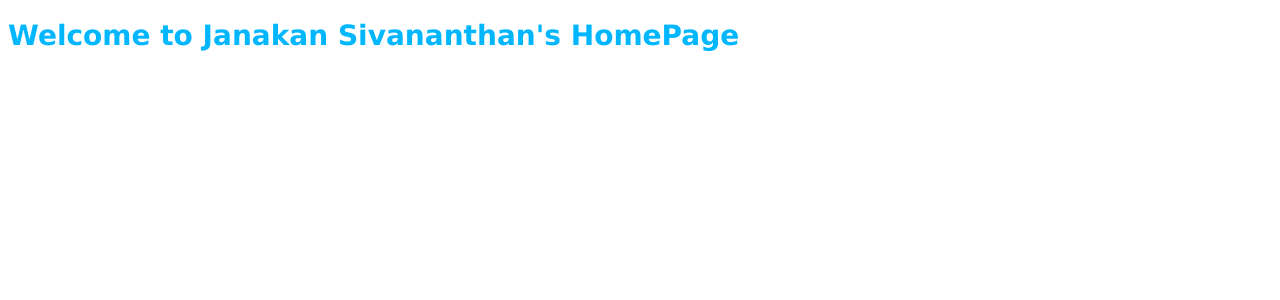
Repository: JanakanS95/COMP-229-Assignment-1
Page: http://localhost/
An editor plug-in stored every save of this project. The page is shown before and after the next save, followed by the edit.
The browser window is 1280 px wide. The pictures show the whole page.
The page is served by the project's Node server (app.js). Other server files are loaded and not shown.

Above is the page before, as saved 2021-06-03 16:40:11.

### views/index.ejs
<!DOCTYPE html>
<html>
  <head>
    <title><%= title %></title>
    <link rel='stylesheet' href='/Content/index.css' />
  </head>
  <body>
    <h1>Welcome to <%= title %>'s HomePage</h1>
  </body>
</html>

### app.js
let createError = require('http-errors');
let express = require('express');
let path = require('path');
let cookieParser = require('cookie-parser');
let logger = require('morgan');

let indexRouter = require('./routes/index');
let usersRouter = require('./routes/users');

let app = express();

// view engine setup
app.set('views', path.join(__dirname, 'views'));
app.set('view engine', 'ejs');

app.use(logger('dev'));
app.use(express.json());
app.use(express.urlencoded({ extended: false }));
app.use(cookieParser());
app.use(express.static(path.join(__dirname, 'public')));

app.use('/', indexRouter);
app.use('/users', usersRouter);

// catch 404 and forward to error handler
app.use(function(req, res, next) {
  next(createError(404));
});

// error handler
app.use(function(err, req, res, next) {
  // set locals, only providing error in development
  res.locals.message = err.message;
  res.locals.error = req.app.get('env') === 'development' ? err : {};

  // render the error page
  res.status(err.status || 500);
  res.render('error');
});

module.exports = app;

### routes/index.js
var express = require('express');
var router = express.Router();

/* GET home page. */
router.get('/', function(req, res, next) {
  res.render('index', { title: 'Janakan Sivananthan' });
});

/* GET home page. */
router.get('/home', function(req, res, next) {
  res.render('index', { title: 'Janakan Sivananthan' });
});

/* GET About me page. */
router.get('/about', function(req, res, next) {
  res.render('index', { title: 'About Me' });
});

/* GET Projects page. */
router.get('/projects', function(req, res, next) {
  res.render('index', { title: 'Projects' });
});

/* GET Service page. */
router.get('/services', function(req, res, next) {
  res.render('index', { title: 'Services' });
});

/* GET Contact Me page. */
router.get('/contact', function(req, res, next) {
  res.render('index', { title: 'Contact Me' });
});

module.exports = router;

### public/Content/index.css
body {
  font: 14px "Lucida Grande", Helvetica, Arial, sans-serif;
}

h1 {
  color: #00B7FF;
}

After the next save:
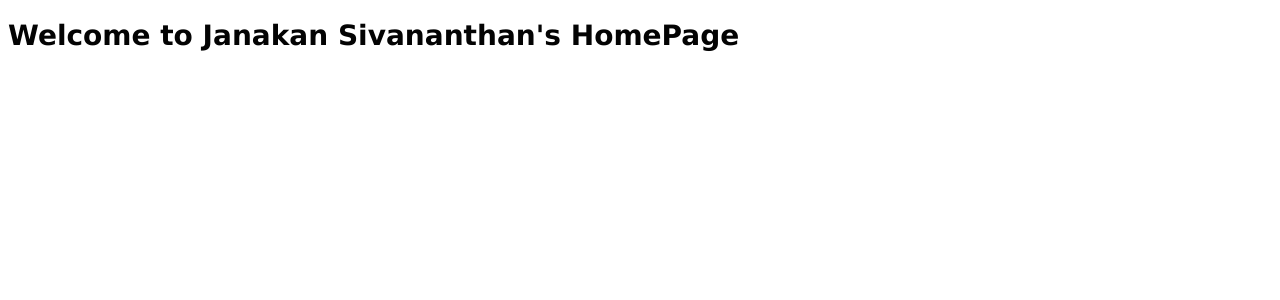
Saved 19 s later.
--- a/public/Content/index.css
+++ b/public/Content/index.css
@@ -3,5 +3,5 @@ body {
 }
 
 h1 {
-  color: #00B7FF;
+  color: #030303;
 }
